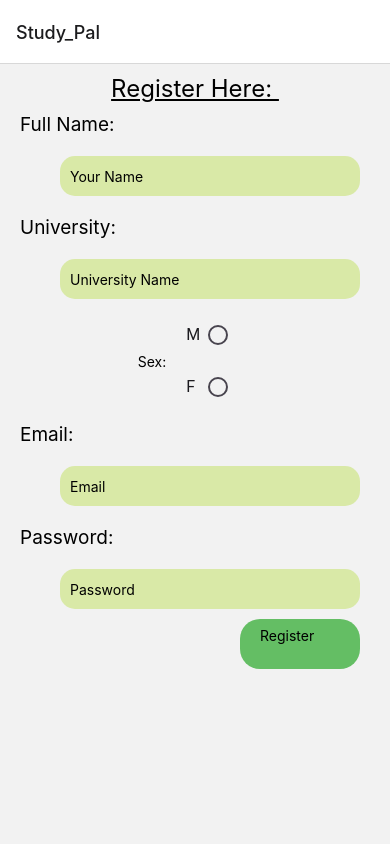
Repository: abdurehmanali611/Study-Pal
Screen: /
The author's editor kept a copy of each file at every save. The screen is drawn from the files as they stood at one save, then again after a run of saves.
The app was drawn by React Native's web renderer in a window 390 px wide. The project was rebuilt for these pictures with package versions that can differ from the ones it lists, and the page was loaded fresh each time. Also part of the build but not shown: Front_Pages/Home.js, Screens/Softwareeng.js, Screens/Computersci.js, Screens/Informationsci.js, Screens/Informationtech.js, Screens/Softwarecards.js, Screens/Computercards.js, Screens/Sciencecards.js and 4 more.

Above is the screen before, as saved 2024-01-23 22:23:35.

### App.js
import { createStackNavigator } from "@react-navigation/stack";
import { NavigationContainer } from "@react-navigation/native";
import Sign_Up from "./Front_Pages/Sign_Up";
import Home from "./Front_Pages/Home";
import Softwareeng from "./Screens/Softwareeng";
import Computersci from "./Screens/Computersci";
import Informationsci from "./Screens/Informationsci";
import Informationtech from "./Screens/Informationtech";
import Softwarecards from "./Screens/Softwarecards";
import Computercards from "./Screens/Computercards";
import Sciencecards from "./Screens/Sciencecards";
import Technologycards from "./Screens/Technologycards";
import About_Us from "./Profile_pages/About_Us";
import Contacts from "./Profile_pages/Contacts";
import Setting from "./Profile_pages/Setting";

const stack = createStackNavigator();

const App = () => {

  return  <NavigationContainer>
       <stack.Navigator initialRouteName="Sign">
       <stack.Screen name="Sign" component={Sign_Up} options={{title: 'Study_Pal'}} />
       <stack.Screen name ="Home" component={Home} options={{title: 'Study_Pal'}}/>
       <stack.Screen name="software" component={Softwareeng} options={{title: 'Study_Pal'}}/>
       <stack.Screen name="softwarecard" component={Softwarecards} options={{title: 'Study_Pal'}}/>
       <stack.Screen name="computer" component={Computersci} options={{title: 'Study_Pal'}}/>
       <stack.Screen name="computercard" component={Computercards} options={{title: 'Study_Pal'}}/>
       <stack.Screen name="information" component={Informationsci} options={{title: 'Study_Pal'}}/>
       <stack.Screen name="informationcard" component={Sciencecards} options={{title: 'Study_Pal'}}/>
       <stack.Screen name="technology" component={Informationtech} options={{title: 'Study_Pal'}}/>
       <stack.Screen name="technologycard" component={Technologycards} options={{title: 'Study_Pal'}}/>
       <stack.Screen name="about" component={About_Us} options={{title: 'Study_Pal'}}/>
       <stack.Screen name="contact" component={Contacts} options={{title: 'Study_Pal'}}/>
       <stack.Screen name="setting" component={Setting} options={{title: 'Study_Pal'}}/>
       </stack.Navigator>
   </NavigationContainer>
}

export default App

### Front_Pages/Sign_Up.js
import { View, Text, TextInput, StyleSheet, ScrollView, TouchableOpacity, Alert } from 'react-native'
import React, { useState, useLayoutEffect } from 'react'
import {RadioButton} from 'react-native-paper'

const Sign_Up = ({navigation}) => {

   const [sex, setSex] = useState('')
   const [name, setName] = useState('')
   const [university, setUniversity] = useState('')
   const [email, setEmail] = useState('')
   const [password, setPassword] = useState('')

   const register = () => {

      if (name == '' || name.startsWith('_') ) {

        Alert.alert(
            'Invalid Input',
            'You have entered an invalid input',
            [
                {text: 'OK'}
        ]
        )
      }else {
           navigation.navigate('Home')
      }
   }

  return <ScrollView
      showsVerticalScrollIndicator = {false}
      style = {styles.overall}>
         <View style = {styles.title}>
            <Text style = {styles.texttitle}>Register Here: </Text>
         </View>
         <View>
            <Text style = {styles.objecttext}>Full Name: </Text>
            <TextInput
            value={name}
            onChangeText={(newname) => setName(newname)}
            style = {styles.textinput}
            placeholder='Your Name'
            textContentType='name'
            />
         </View>
         <View>
            <Text style = {styles.objecttext}>University: </Text>
            <TextInput
            value={university}
            onChangeText={(newuniversity) => setUniversity(newuniversity)}
            style = {styles.textinput}
            placeholder='University Name'
            textContentType='name'
            />
         </View>
         <View style = {{flexDirection: 'row', alignSelf: 'center'}}>
            <View style = {{justifyContent: 'center'}}>
               <Text>Sex: </Text>
            </View>
            <View>
          <RadioButton.Group
          value={sex}
          onValueChange={(yoursex) => setSex(yoursex)}
          >
             <RadioButton.Item
             label='M'
             value='male'
             color='green'
             />
             <RadioButton.Item
             label='F'
             value='female'
             color='red'
             />
          </RadioButton.Group>
          </View>
         </View>
         <View>
         <View>
            <Text style = {styles.objecttext}>Email: </Text>
            <TextInput
            value={email}
            onChangeText={(newemail) => setEmail(newemail)}
            style = {styles.textinput}
            placeholder='Email'
            textContentType='emailAddress'
            />
         </View>
         <View>
            <Text style = {styles.objecttext}>Password: </Text>
            <TextInput
            value={password}
            onChangeText={(newpassword) => setPassword(newpassword)}
            style = {styles.textinput}
            placeholder='Password'
            textContentType='password'
            />
         </View>
         </View>
         <View>
          <TouchableOpacity
          style = {styles.press}
          onPress={register}
          >
             <Text>
                Register
             </Text>
          </TouchableOpacity>
         </View>
        </ScrollView>

}

const randomRGB = () => {

   const red = Math.floor(Math.random() * 256)
   const green = Math.floor(Math.random() * 256)
   const blue = Math.floor(Math.random() * 256)

   return `rgb(${red},${green}, ${blue})`
}

const styles = StyleSheet.create ({

    overall : {
       marginVertical: 10,
       marginHorizontal: 20
    },
    title : {
        alignItems: 'center'
    },
    texttitle : {
        fontSize: 24,
        textDecorationLine: 'underline'
    },
    objecttext : {
        fontSize: 19,
        marginVertical: 10
    },
    textinput : {
        marginHorizontal: 40,
        borderRadius: 15,
        backgroundColor: randomRGB(),
        width: 300,
        height: 40,
        paddingLeft: 10,
        marginVertical: 10
    },
    press : {
      marginHorizontal: 220,
      borderRadius: 20,
      backgroundColor: `rgb(100,190,100)`,
      height: 50,
      width: 120,
      paddingLeft: 20,
      paddingTop: 8
    }
})

export default Sign_Up

After the next 2 saves:
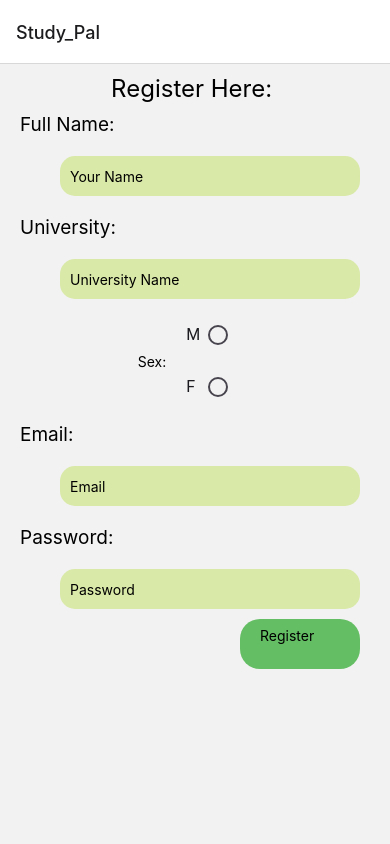
The 2 saves are shown as one change because 1 did not build or start.
The last was saved 16 s later.
--- a/Front_Pages/Sign_Up.js
+++ b/Front_Pages/Sign_Up.js
@@ -129,8 +129,7 @@ const styles = StyleSheet.create ({
         alignItems: 'center'
     },
     texttitle : {
-        fontSize: 24,
-        textDecorationLine: 'underline'
+        fontSize: 24
     },
     objecttext : {
         fontSize: 19,
